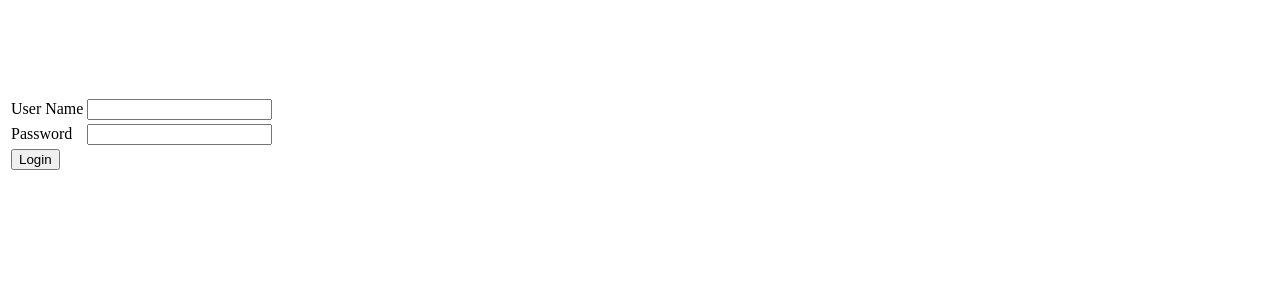
Repository: sultanaNargis03/IndustryReadyJavaSpringBoot
Page: Servlet/workspace/Learningportal/src/main/webapp/login.html
The author's editor kept a copy of each file at every save. The page is drawn from the files as they stood at one save, then again after the next save.
The browser window is 1280 px wide. The pictures show the whole page.

Above is the page before, as saved 2023-12-07 15:21:04.

### Servlet/workspace/Learningportal/src/main/webapp/login.html
<!DOCTYPE html>
<html>
<head>
<meta charset="ISO-8859-1">
<title>Login</title>
</head>
<body style="align-content: center" bgcolor="">
<h1><marquee>Login!!</marquee></h1>

<form action="./login">
	<table>
		<tr>
			<td>User Name</td>
			<td><input type="text" name="uname"</td>
		</tr>

			<td>Password</td>
			<td><input type="password" name="password"</td>
		</tr>

		<tr>
			<td><input type="submit" value="Login"</td>
		</tr>
	</table>
</form>

</body>
</html>

After the next save:
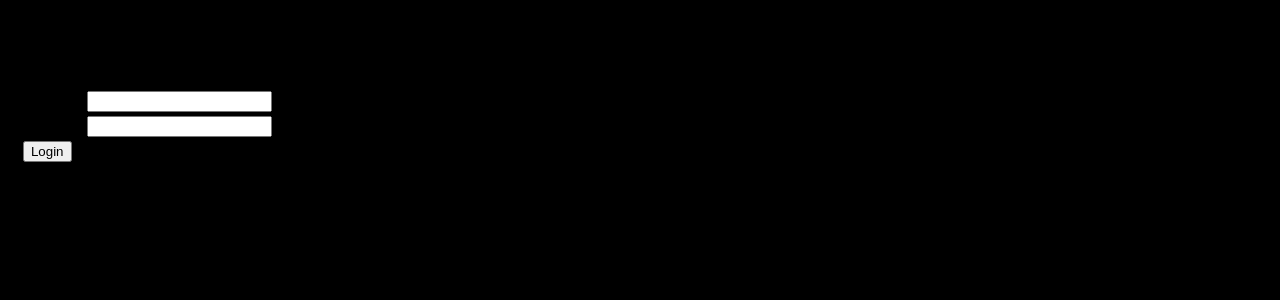
Saved 4 min 28 s later.
--- a/Servlet/workspace/Learningportal/src/main/webapp/login.html
+++ b/Servlet/workspace/Learningportal/src/main/webapp/login.html
@@ -4,8 +4,8 @@
 <meta charset="ISO-8859-1">
 <title>Login</title>
 </head>
-<body style="align-content: center" bgcolor="">
-<h1><marquee>Login!!</marquee></h1>
+<body style="text-align: center"bgcolor="black">
+<h1 style="color: red"><marquee>Login!!</marquee></h1>
 
 <form action="./login">
 	<table>
